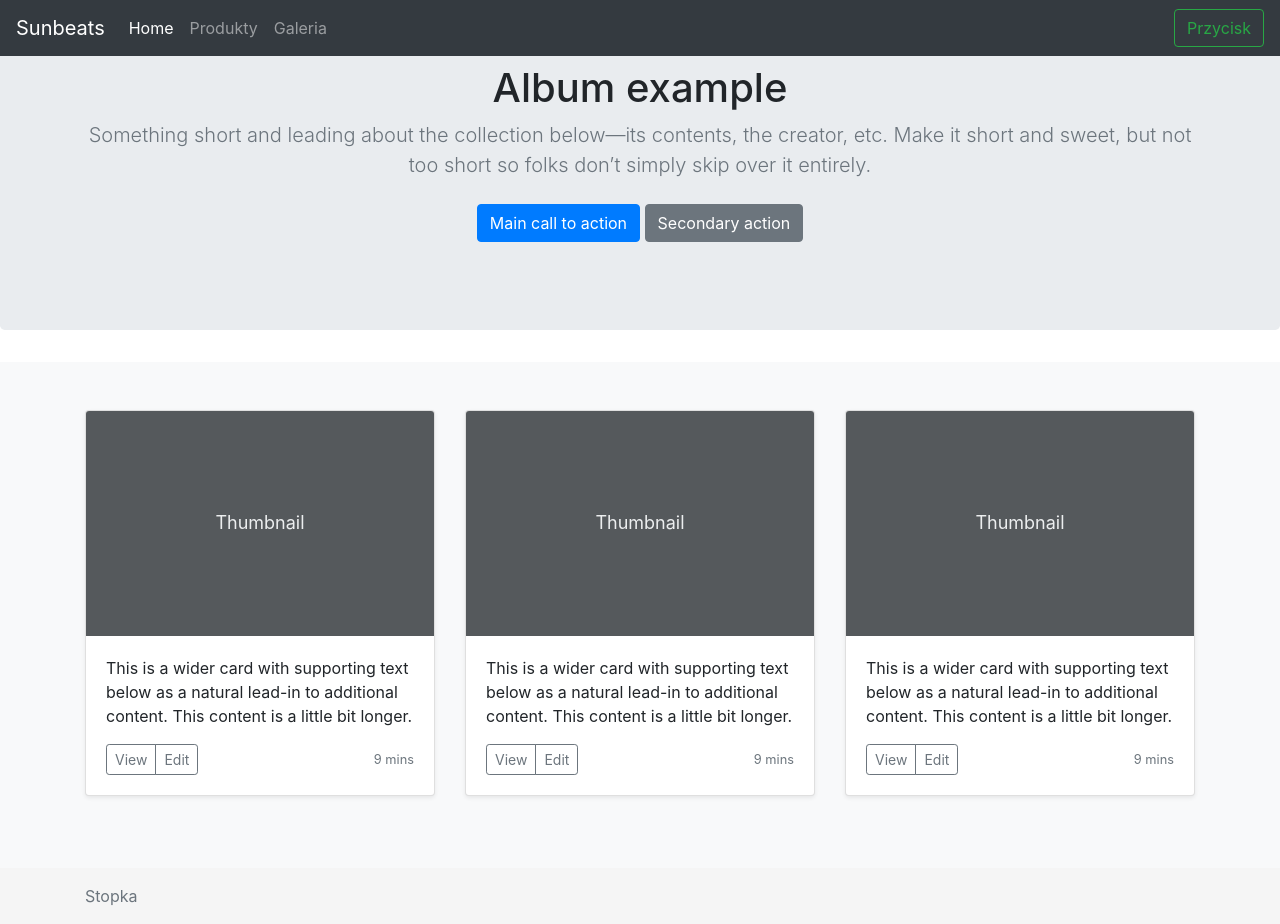
Repository: Audio-site/sunbeats
Page: index.html
The author's editor kept a copy of each file at every save. The page is drawn from the files as they stood at one save, then again after the next save.
The browser window is 1280 px wide. The pictures show the whole page.

Above is the page before, as saved 2020-08-25 00:19:42.
Not found: assets/css/album.css

After the next save:
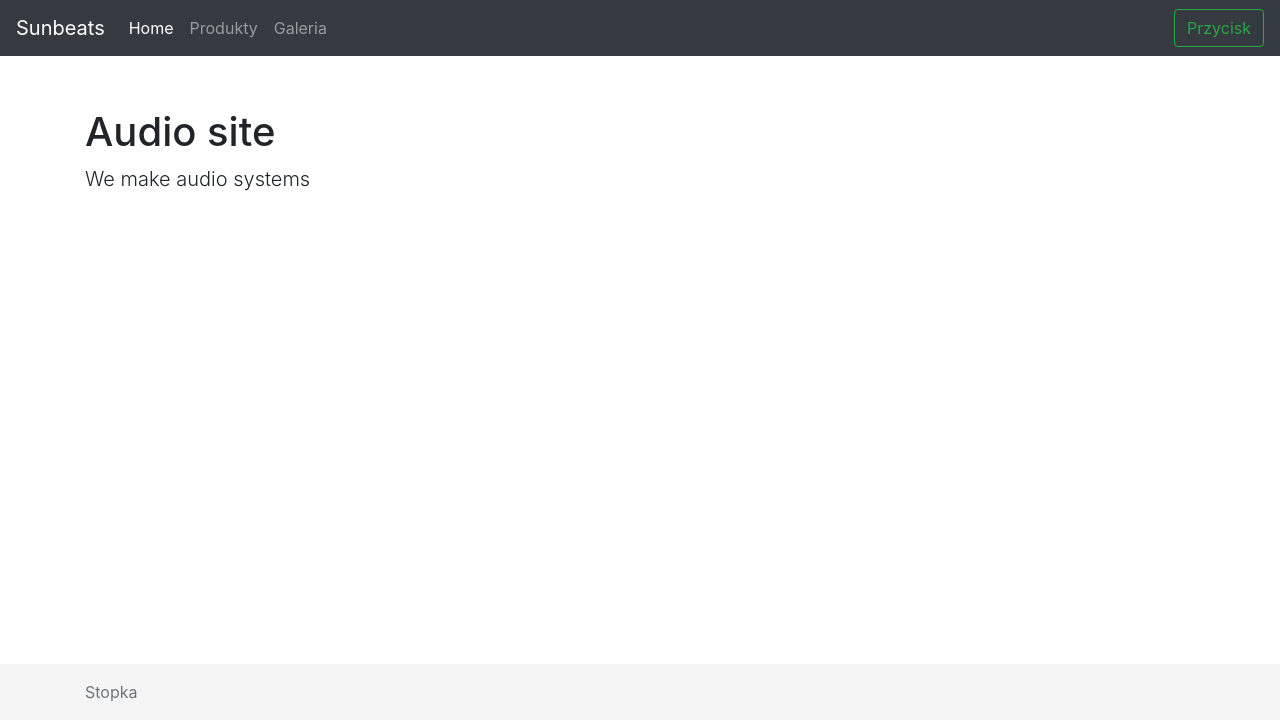
Saved 57 s later.
--- a/index.html
+++ b/index.html
@@ -61,73 +61,11 @@
 
 <!-- Begin page content -->
 
-<main role="main">
-
-  <section class="jumbotron text-center">
-    <div class="container">
-      <h1>Album example</h1>
-      <p class="lead text-muted">Something short and leading about the collection below—its contents, the creator, etc. Make it short and sweet, but not too short so folks don’t simply skip over it entirely.</p>
-      <p>
-        <a href="#" class="btn btn-primary my-2">Main call to action</a>
-        <a href="#" class="btn btn-secondary my-2">Secondary action</a>
-      </p>
-    </div>
-  </section>
-
-  <div class="album py-5 bg-light">
-    <div class="container">
-
-      <div class="row">
-
-        <div class="col-md-4">
-          <div class="card mb-4 shadow-sm">
-            <svg class="bd-placeholder-img card-img-top" width="100%" height="225" xmlns="http://www.w3.org/2000/svg" preserveAspectRatio="xMidYMid slice" focusable="false" role="img" aria-label="Placeholder: Thumbnail"><title>Placeholder</title><rect width="100%" height="100%" fill="#55595c"/><text x="50%" y="50%" fill="#eceeef" dy=".3em">Thumbnail</text></svg>
-            <div class="card-body">
-              <p class="card-text">This is a wider card with supporting text below as a natural lead-in to additional content. This content is a little bit longer.</p>
-              <div class="d-flex justify-content-between align-items-center">
-                <div class="btn-group">
-                  <button type="button" class="btn btn-sm btn-outline-secondary">View</button>
-                  <button type="button" class="btn btn-sm btn-outline-secondary">Edit</button>
-                </div>
-                <small class="text-muted">9 mins</small>
-              </div>
-            </div>
-          </div>
-        </div>
-        <div class="col-md-4">
-          <div class="card mb-4 shadow-sm">
-            <svg class="bd-placeholder-img card-img-top" width="100%" height="225" xmlns="http://www.w3.org/2000/svg" preserveAspectRatio="xMidYMid slice" focusable="false" role="img" aria-label="Placeholder: Thumbnail"><title>Placeholder</title><rect width="100%" height="100%" fill="#55595c"/><text x="50%" y="50%" fill="#eceeef" dy=".3em">Thumbnail</text></svg>
-            <div class="card-body">
-              <p class="card-text">This is a wider card with supporting text below as a natural lead-in to additional content. This content is a little bit longer.</p>
-              <div class="d-flex justify-content-between align-items-center">
-                <div class="btn-group">
-                  <button type="button" class="btn btn-sm btn-outline-secondary">View</button>
-                  <button type="button" class="btn btn-sm btn-outline-secondary">Edit</button>
-                </div>
-                <small class="text-muted">9 mins</small>
-              </div>
-            </div>
-          </div>
-        </div>        <div class="col-md-4">
-          <div class="card mb-4 shadow-sm">
-            <svg class="bd-placeholder-img card-img-top" width="100%" height="225" xmlns="http://www.w3.org/2000/svg" preserveAspectRatio="xMidYMid slice" focusable="false" role="img" aria-label="Placeholder: Thumbnail"><title>Placeholder</title><rect width="100%" height="100%" fill="#55595c"/><text x="50%" y="50%" fill="#eceeef" dy=".3em">Thumbnail</text></svg>
-            <div class="card-body">
-              <p class="card-text">This is a wider card with supporting text below as a natural lead-in to additional content. This content is a little bit longer.</p>
-              <div class="d-flex justify-content-between align-items-center">
-                <div class="btn-group">
-                  <button type="button" class="btn btn-sm btn-outline-secondary">View</button>
-                  <button type="button" class="btn btn-sm btn-outline-secondary">Edit</button>
-                </div>
-                <small class="text-muted">9 mins</small>
-              </div>
-            </div>
-          </div>
-        </div>
-
-      </div>
-    </div>
+<main role="main" class="flex-shrink-0">
+  <div class="container">
+    <h1 class="mt-5">Audio site</h1>
+    <p class="lead">We make audio systems</p>
   </div>
-
 </main>
 
 <footer class="footer mt-auto py-3">
